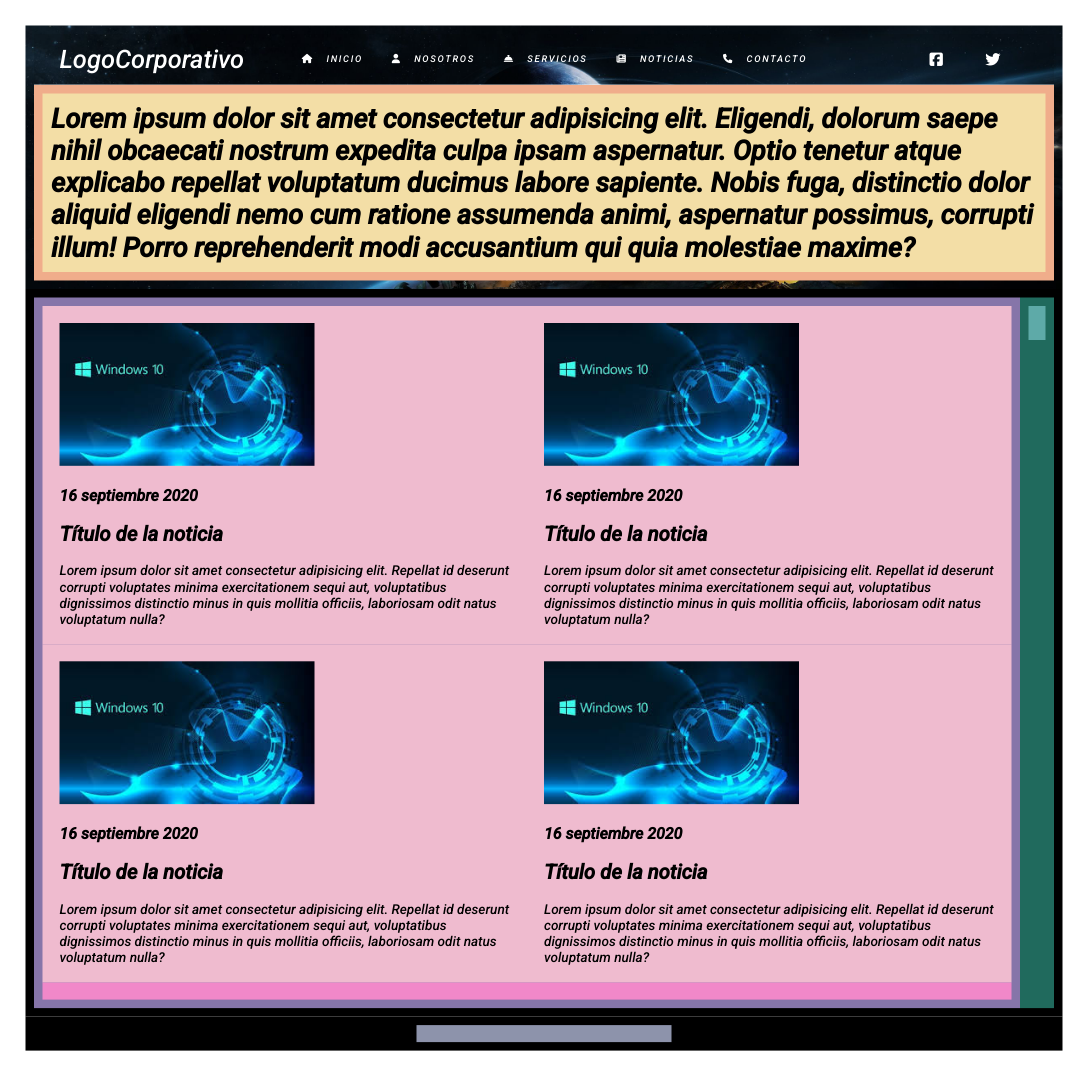
Repository: Aldo-DT/landingGree
Page: 2 CSS/pagina.html
An editor plug-in stored every save of this project. The page is shown before and after the next save, followed by the edit.
The browser window is 1280 px wide. The pictures show the whole page, at 85% of full size.
Some web libraries are served in a nearby version.

Above is the page before, as saved 2020-09-16 19:31:17.

### 2 CSS/pagina.html
<!DOCTYPE html>
<html lang="es">

<head>
    <meta charset="UTF-8">
    <meta name="viewport" content="width=device-width, initial-scale=1.0">
    <title>Document</title>
    <script src="https://kit.fontawesome.com/aaa9827a81.js" crossorigin="anonymous"></script>
    <link rel="stylesheet" href="css/font-awesome.min.css">
    <link href="https://fonts.googleapis.com/css2?family=Roboto:ital,wght@1,500&display=swap" rel="stylesheet">
    <link rel="stylesheet" href="css/pagina.css">
</head>

<body>
    <div class="padre">
        <header class="header">
            <div class="menu">
                <div class="logo">
                    <a href="index.html">LogoCorporativo</a>
                </div>
                <nav class="nav">
                    <a href="#"><i class="fas fa-home"></i> Inicio</a>
                    <a href="#"><i class="fas fa-user"></i> Nosotros</a>
                    <a href="#"><i class="fas fa-concierge-bell"></i> Servicios</a>
                    <a href="#"><i class="fas fa-newspaper"></i> Noticias</a>
                    <a href="#"><i class="fas fa-phone"></i> Contacto</a>
                </nav>
                <div class="social">
                    <div>
                        <a href="#">
                            <i class="fab fa-facebook-square"></i>
                        </a>
                    </div>
                    <div>
                        <a href="#">
                            <i class="fab fa-twitter"></i>
                        </a>
                    </div>
                </div>
            </div>
            <div class="texto-principal">
                <h1>Lorem ipsum dolor sit amet consectetur adipisicing elit. Eligendi, dolorum saepe nihil obcaecati nostrum expedita culpa ipsam aspernatur. Optio tenetur atque explicabo repellat voluptatum ducimus labore sapiente. Nobis fuga, distinctio
                    dolor aliquid eligendi nemo cum ratione assumenda animi, aspernatur possimus, corrupti illum! Porro reprehenderit modi accusantium qui quia molestiae maxime?</h1>
            </div>
        </header>
        <section class="section">
            <div class="articulos">
                <article class="article">
                    <img src="imagenes/2.jpg" alt="">
                    <h3>16 septiembre 2020</h3>
                    <h2>Título de la noticia</h2>
                    <p>Lorem ipsum dolor sit amet consectetur adipisicing elit. Repellat id deserunt corrupti voluptates minima exercitationem sequi aut, voluptatibus dignissimos distinctio minus in quis mollitia officiis, laboriosam odit natus voluptatum
                        nulla?
                    </p>
                </article>
                <article class="article">
                    <img src="imagenes/2.jpg" alt="">
                    <h3>16 septiembre 2020</h3>
                    <h2>Título de la noticia</h2>
                    <p>Lorem ipsum dolor sit amet consectetur adipisicing elit. Repellat id deserunt corrupti voluptates minima exercitationem sequi aut, voluptatibus dignissimos distinctio minus in quis mollitia officiis, laboriosam odit natus voluptatum
                        nulla?
                    </p>
                </article>
                <article class="article">
                    <img src="imagenes/2.jpg" alt="">
                    <h3>16 septiembre 2020</h3>
                    <h2>Título de la noticia</h2>
                    <p>Lorem ipsum dolor sit amet consectetur adipisicing elit. Repellat id deserunt corrupti voluptates minima exercitationem sequi aut, voluptatibus dignissimos distinctio minus in quis mollitia officiis, laboriosam odit natus voluptatum
                        nulla?
                    </p>
                </article>
                <article class="article">
                    <img src="imagenes/2.jpg" alt="">
                    <h3>16 septiembre 2020</h3>
                    <h2>Título de la noticia</h2>
                    <p>Lorem ipsum dolor sit amet consectetur adipisicing elit. Repellat id deserunt corrupti voluptates minima exercitationem sequi aut, voluptatibus dignissimos distinctio minus in quis mollitia officiis, laboriosam odit natus voluptatum
                        nulla?
                    </p>
                </article>
                <nav class="navegacion"></nav>
            </div>
            <aside class="aside">
                <div class="publicidad"></div>
                <div class="publicidad"></div>
            </aside>
        </section>
        <footer class="footer">
            <nav class="pie"></nav>
        </footer>
    </div>
</body>

</html>

### 2 CSS/css/pagina.css
* {
    margin: 0px;
    padding: 10px;
    box-sizing: border-box;
}

body {
    font-family: 'Roboto', sans-serif;
}

a {
    text-decoration: none;
}

.padre {
    display: flex;
    flex-flow: column nowrap;
}

.header {
    background: url(../imagenes/bg-2.jpg);
    background-position: center;
    background-size: cover;
    display: flex;
    flex-flow: column nowrap;
}

.menu {
    background: rgba(0, 0, 0, .1);
    display: flex;
    flex-flow: row nowrap;
    height: 60px;
    align-items: center;
    border-bottom: 1px solid rgba(255, 255, 255, .5);
}

.logo {
    flex: 1 1 auto;
}

.logo a {
    color: #fff;
    font-size: 30px;
}

.logo a:hover {
    color: #343434;
}

.nav {
    flex: 5 1 auto;
}

.nav a {
    color: #fff;
    font-size: 11px;
    text-transform: uppercase;
    padding: 0 10px;
    letter-spacing: 2px;
}

.nav a:hover {
    color: #343434;
}

.social {
    flex: 1 1 auto;
    display: flex;
}

.social a {
    font-size: 18px;
    color: #fff;
    padding: 0 5px;
}

.social a:hover {
    color: #343434;
}

.texto-principal {
    background: #f0ad8b;
}

h1 {
    background: #f3dea6;
}

.section {
    background: #000;
    display: flex;
}

.articulos {
    background: #8675a9;
    flex: 2 1 auto;
    display: flex;
    flex-flow: row wrap;
}

.article {
    background: #efbbcf;
    flex: 1 1 40%;
}

.navegacion {
    background: #f188c9;
    flex: 1 1 100%;
}

.aside {
    background: #206a5d;
    flex: 1 1 auto;
}

.publicidad {
    background: #5eaaa8;
}

.footer {
    background: #000;
    display: flex;
    justify-content: center;
}

.pie {
    background: #8d93ab;
    width: 300px;
}

@media all and (max-width: 800px) {
    .section {
        flex-direction: column;
    }
    .menu {
        flex-direction: column;
        height: auto;
    }
    .aside {
        display: flex;
        justify-content: center;
    }
}

@media all and (max-width: 600px) {
    .articulos {
        flex-direction: column;
    }
}

@media all and (max-width: 400px) {
    .aside {
        flex-direction: column;
    }
}

Loaded but not shown: 2 CSS/css/font-awesome.min.css (library)

After the next save:
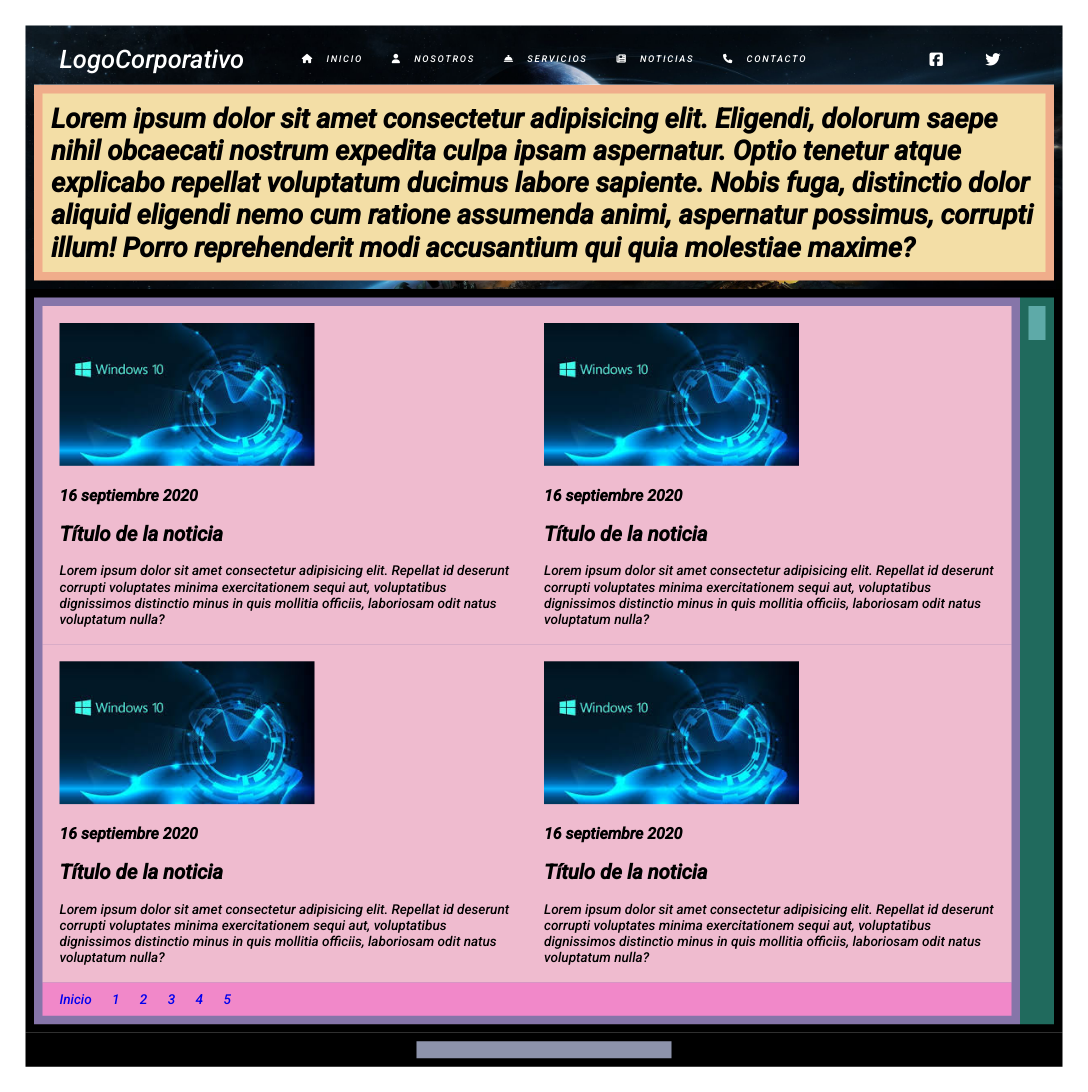
Saved 29 min 43 s later.
--- a/2 CSS/pagina.html
+++ b/2 CSS/pagina.html
@@ -77,7 +77,14 @@
                         nulla?
                     </p>
                 </article>
-                <nav class="navegacion"></nav>
+                <nav class="navegacion">
+                    <a href="#">Inicio</a>
+                    <a href="#">1</a>
+                    <a href="#">2</a>
+                    <a href="#">3</a>
+                    <a href="#">4</a>
+                    <a href="#">5</a>
+                </nav>
             </div>
             <aside class="aside">
                 <div class="publicidad"></div>
